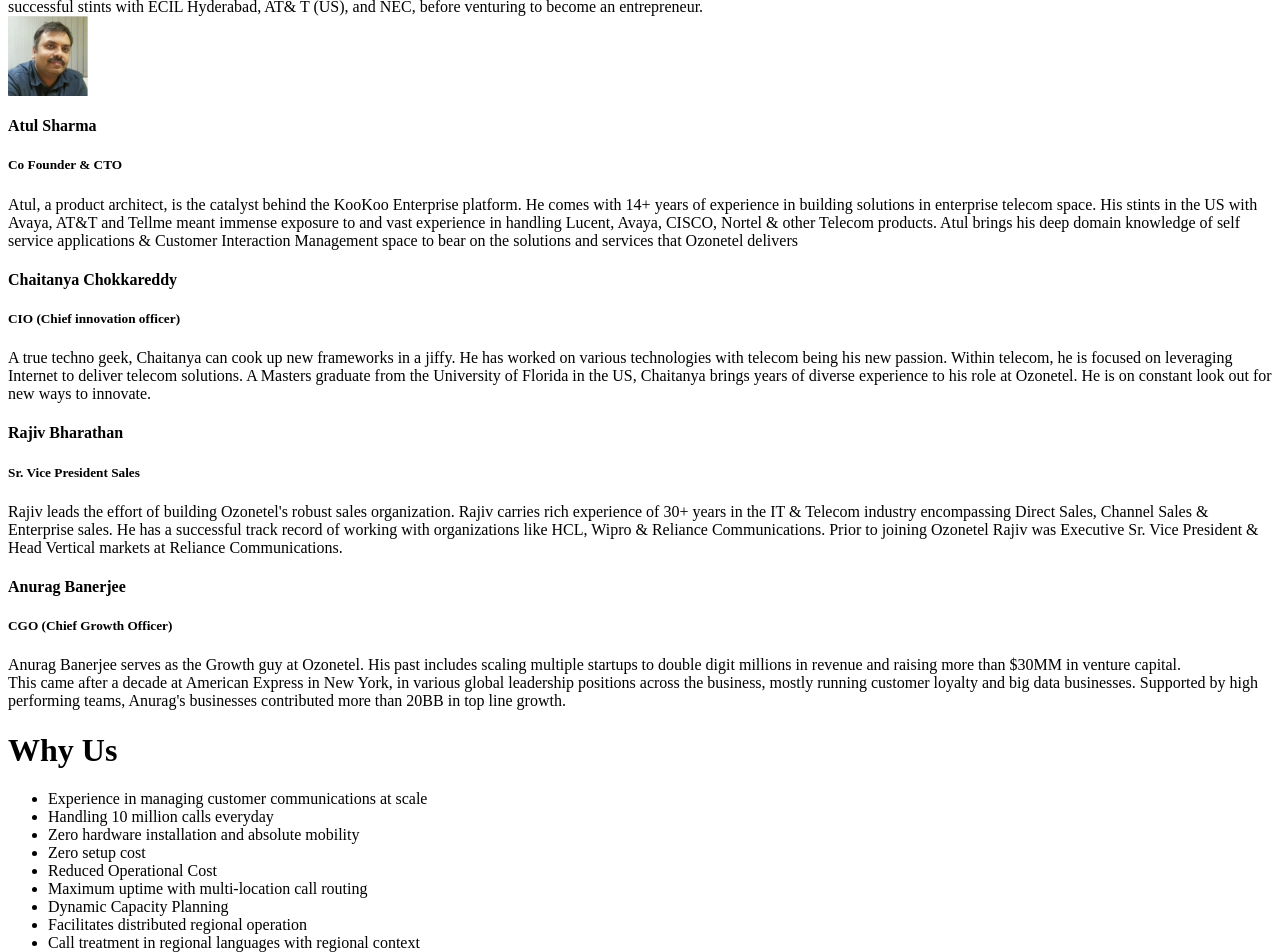
Repository: ashutosh238/ozonetelblogsite
Page: OzonetelBlogSiteFrontEnd/Web/c_aboutUs/AboutUs.html
The author's editor kept a copy of each file at every save. The page is drawn from the files as they stood at one save, then again after the next save.
The browser window is 1280 px wide. The pictures show the part of the page from y = 886 to 1838 px (the page is 2302 px tall before and 2382 px after).
A picture or video elsewhere on the page could not be fetched, so the positions and the page height are approximate.

Above is the page before, as saved 2019-01-08 11:56:48.

After the next save:
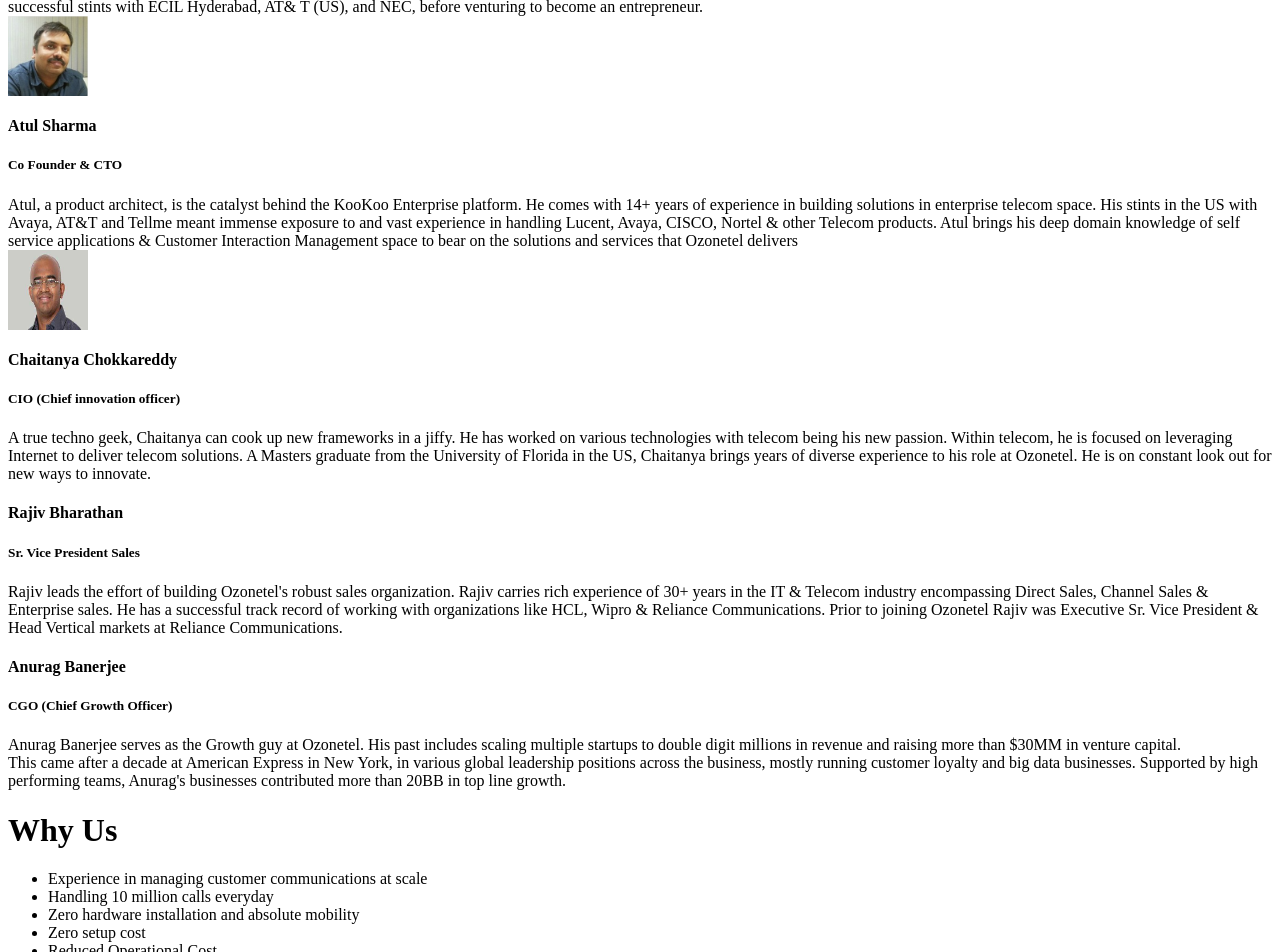
Saved 3 min 26 s later.
--- a/OzonetelBlogSiteFrontEnd/Web/c_aboutUs/AboutUs.html
+++ b/OzonetelBlogSiteFrontEnd/Web/c_aboutUs/AboutUs.html
@@ -127,6 +127,8 @@
 					</div>
 					<div class="col-md-6">
 						<div class="jumbotron">
+						<div> <img src="chet.jpg" style="width:80px;height:80px;padding:0;margin:0;" alt="user profile picture">
+
 						<h4 class="text-primary">Chaitanya Chokkareddy</h4>
 						<h5 class="text-primary">CIO (Chief innovation officer)</h5>
 						A true techno geek, Chaitanya can cook up new frameworks in a jiffy.
@@ -135,6 +137,7 @@
 						A Masters graduate from the University of Florida in the US, Chaitanya brings years of diverse experience to
 						his role at Ozonetel.
 						He is on constant look out for new ways to innovate.
+					</div>
 					</div>
 					</div>
 					<div class="col-md-6">
